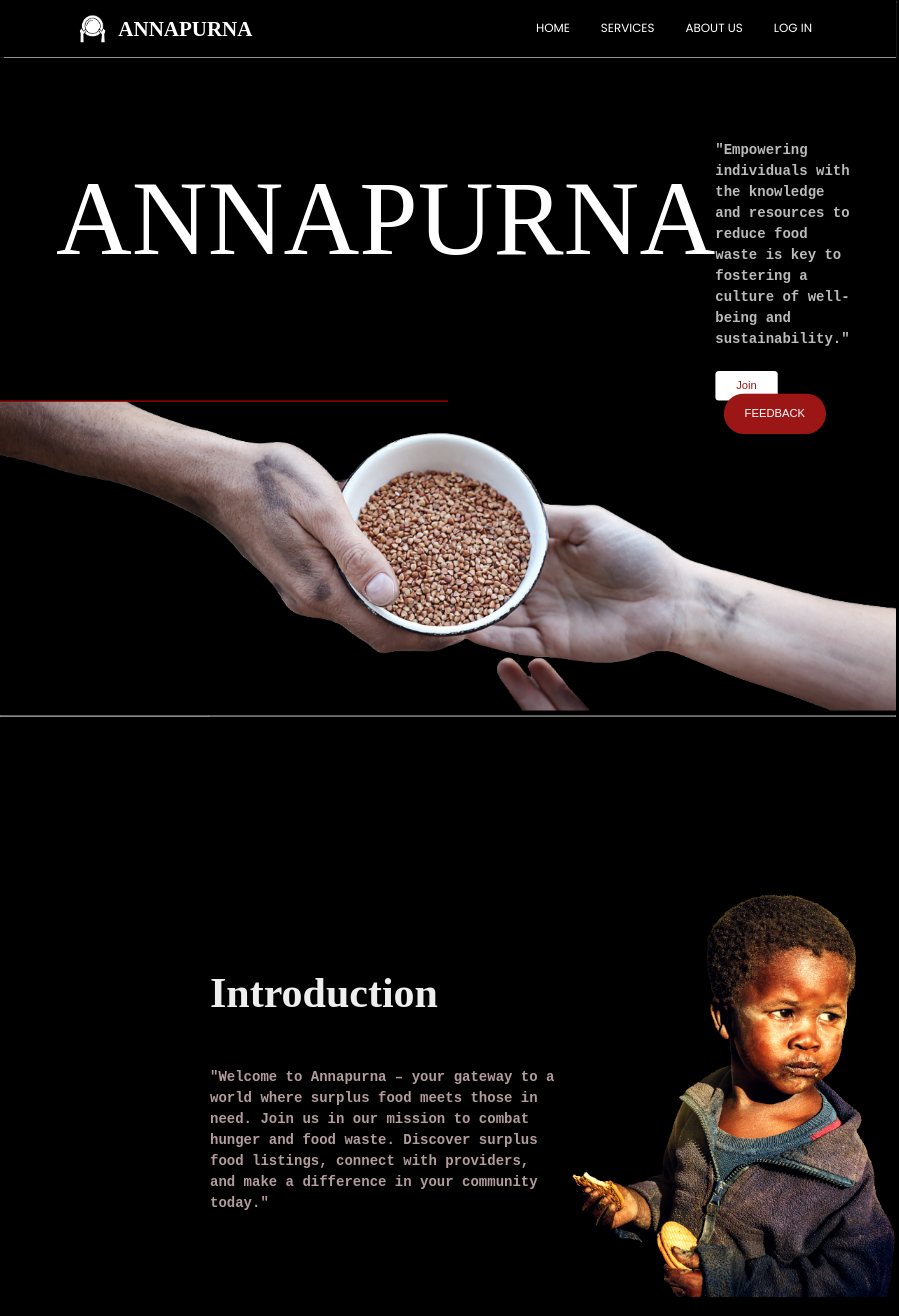
Repository: letscodeshivansh/Annapurna-fullstack-
Page: http://localhost/
An editor plug-in stored every save of this project. The page is shown before and after the next save, followed by the edit.
The browser window is 1280 px wide. The page is 1284 px wide, so the pictures cover 1284 px, including what lies to the right of the window. The pictures show the part of the page from y = 0 to 1880 px (the page is 4659 px tall), at 70% of full size.
Some web fonts or font styles are not loaded; a fallback is used. Some web libraries are served in a nearby version. The page is served by the project's Node server (src/server.js).

Above is the page before, as saved 2024-06-13 18:33:41.

### templates/landing.ejs
<!--<?php
    session_start();


        include("connection.php");
        include("functions.php");

        $user_data = check_login($con);

    ?>-->

    <!DOCTYPE html>
    <html lang="en">
    <head>
        <meta charset="UTF-8">
        <meta name="viewport" content="width=device-width, initial-scale=1.0">
        <title>Annapurna</title>
        <style>
           @font-face {
                font-family: "heading-font";
                src: url('annapurna/Noto_Serif/NotoSerif-VariableFont_wdth,wght.ttf');
            }
        </style>
        <link rel = "stylesheet" href="style.css">
        <script src="https://kit.fontawesome.com/a076d05399.js" crossorigin="anonymous"></script>
        <link rel="stylesheet" href="https://use.fontawesome.com/releases/v5.6.3/css/all.css" integrity="sha384-UHRtZLI+pbxtHCWp1t77Bi1L4ZtiqrqD80Kn4Z8NTSRyMA2Fd33n5dQ8lWUE00s/" crossorigin="anonymous">

    </head>
    <body>

    <!--main landing page-->
        <div class="container4">
            <nav>
                <input type="checkbox" id="check">
                <label for = "check" class="checkbtn">
                    <i class="fas fa-bars" style="cursor: pointer;"></i>
                </label>

                <img src="mainlogo-photoaidcom-invert-removebg-preview.png" alt="" style="height: 64px; width:64px; margin-top: 9px; margin-left: 100px">
                <label class="logo" style="padding-left: 5px; font-family: heading-font; position: fixed;padding-top:19px">ANNAPURNA</label>


                <ul>

                    <li><a href="#">HOME</a></li>
                    <li><a href="#">SERVICES</a></li>
                    <li><a href="aboutus">ABOUT US</a></li>
                    <li><a href="login">LOG IN</a></li>

                </ul>
            </nav>


            <div style="display: flex; justify-content: space-between;">
                <div>

                    <h1 class = "logos" style = "font-family: heading-font;">ANNAPURNA</h1>
                </div>

                <div class="moto" style="padding-top: 200px; padding-bottom: 0px; padding-right: 70px; width: 25%; font-size:20px; color: rgb(187, 187, 187);">
                    <h4 style = "font-family: monospace; ">
                        "Empowering individuals with the knowledge and resources to reduce food waste is key to fostering a culture of well-being and sustainability."
                    </h4>
                    <div><a href="#">
                        <a href="login">
                        <button class = "btn btn-info btn-lg" style="cursor: pointer;">
                            Join
                        </button></a>
                        </a>
                    </div>

                </div>
            </div><hr class="hr1" color="red" />
            <div class = "hands">

                <img src="2.png" style="width: 100%;">
                <hr class="hr2"/>
            </div>

        </<div>


    <!--introduction-->
        <div class="container3" >
            <div class="slide1">

                <div class="intro">
                    <h2 style = "font-family: heading-font;">Introduction</h2>
                    <br>

                    <h4 style = "font-family: monospace; font-size:20px;">"Welcome to Annapurna – your gateway to a world where surplus food meets those in need. Join us in our mission to combat hunger and food waste. Discover surplus food listings, connect with providers, and make a difference in your community today."</h4>
                </div>


                <div class="intropic">

                    <img src = "9-png.png" >
                </div>
            </div>


        </div>
        <hr/>
    <!--About-->
        <div class="container5">
            <div class="slide3" style="background: linear-gradient(454deg, #9574ff, #ff5353);">
                <div class="about">
                    <h2 style = "font-family: heading-font;">
                        ABOUT
                    </h2>
                    <br>
                    <br>
                    <h3 style = "font-family: monospace; font-size:20px;">
                        Annapurna Premium is an innovative platform that revolutionizes the way surplus food is managed, connecting food providers with consumers and donors to combat hunger and food waste. Building upon the success of our standard Annapurna website, Annapurna Premium offers enhanced features and services tailored to meet the diverse needs of our users.
                    </h3>
                    <br>
                    <h3 style = "font-family: monospace; font-size:20px;">
                        Our mission is simple yet profound: to create a world where no one goes hungry and where surplus food is utilized to its fullest potential. With Annapurna Premium, food providers have the opportunity to sell or donate surplus food on a daily or regular basis, empowering them to generate income while making a positive impact on their communities.
                    </h3>
                </div>
            </div>
        </div>

    <!--Our team-->

        <div class="container6">
            <div class="slide4">
                <div class="team">
                    <h2 style = "font-family: heading-font;">
                        OUR TEAM
                    </h2>
                    <br>
                </div>
                <div class="pics">
                    <div class="parth">
                        <img src="parth.jpeg" alt="">
                        <h1 style = "font-family: monospace; font-size:20px;">Parth Sauguny</h1>
                        <p style="font-size: 20px">Project <br>Documentation <br>& Reporting</p>

                    </div>

                    <div class="shivansh">
                        <img src="shivansh.jpg" alt="">
                        <h1 style = "font-family: monospace; font-size:20px;">Shivansh Srivastava</h1>
                        <p style="font-size: 20px">Team <br>Management <br>& Leadership</<p>
                    </div>
                    <div class="sourav">
                        <img src="sotrav1.jpeg" alt="">
                        <h1 style = "font-family: monospace; font-size:20px;">Sourav Kispotta</h1>
                        <p style="font-size: 20px">Technical <br>Oversight &<br> Decision-Making</p>
                    </div>
                </div>
            </div>
        </div>


    <!--footer-->
        <hr>
        <div class="container">
            <footer class="footer">
                <div class="container2">
                    <div class="row">
                        <div class="footer-col">
                            <h4>company</h4>
                            <ul>
                                <li><a href="#">about us</a></li>
                                <li><a href="#">our services</a></li>
                                <li><a href="#">privacy policy</a></li>
                                <li><a href="#">affiliate program</a></li>
                            </ul>
                        </div>
                        <div class="footer-col">
                            <h4>get help</h4>
                            <ul>
                                <li><a href="#">FAQ</a></li>
                                <li><a href="#">shipping</a></li>
                                <li><a href="#">returns</a></li>
                                <li><a href="#">order status</a></li>
                                <li><a href="#">payment options</a></li>
                            </ul>
                        </div>

                        <div class="footer-col">
                            <h4>follow us</h4>
                            <div class="social-links">
                                <a href="#"><i class="fab fa-facebook-f"></i></a>
                                <a href="#"><i class="fab fa-twitter"></i></a>
                                <a href="https://www.instagram.com/annapurna0.official?utm_source=ig_web_button_share_sheet&igsh=ZDNlZDc0MzIxNw=="><i class="fab fa-instagram"></i></a>
                                <a href="#"><i class="fab fa-linkedin-in"></i></a>
                            </div>
                        </div>
                    </div>
                    <div class="tnc" style="color: white;">
                        Terms & Conditions
                    </div>
                </div>

            </footer>
        </div>

    <!--Sticky feedback button-->
        <div class="container7">
            <div class="stickybutton">
                <a href="feedback.html">
                <button class = "btn btn-info btn-lg" style="cursor: pointer; bottom: 50px;">
                    FEEDBACK

                </button>
                </a>
            </div>
        </div>
    </body>
    </html>

### src/mongodb.js
const mongoose = require("mongoose");

// Retrieve MongoDB connection URI from environment variable
const mongoURI = process.env.MONGODB_URI || "mongodb://127.0.0.1:27017/Annapurna";

mongoose.connect(mongoURI, { useNewUrlParser: true, useUnifiedTopology: true })
  .then(() => {
    console.log("MongoDB connected");
  })
  .catch((error) => {
    console.error("MongoDB connection error:", error);
  });

const userSchema = new mongoose.Schema({
  username: {
    type: String,
    required: true,
    unique: true // Ensure username is unique
  },
  password: {
    type: String,
    required: true
  }
});

const foodSchema = new mongoose.Schema({
    title: {
      type: String,
      required: true
    },
    description: {
      type: String,
      required: true
    },
    deadline: {
      type: Date,
      required: true
    },
    price: {
      type: Number,
      required: true // Ensure price is required
    },
    images: [{
      type: String, // Assuming that we will store image URLs as strings
    }],
    feeder: {
      type: String,
      required: true
    }
});

// Create and export the User model
const User = mongoose.model('User', userSchema);
const Food = mongoose.model('Food', foodSchema);

module.exports = { User, Food };

### public/style.css
@import url('https://fonts.googleapis.com/css2?family=Poppins:wght@200;300;400;500;600;700&display=swap');
*{
    padding: 0;
    margin: 0;
    text-decoration: none;
    list-style: none;
    box-sizing: border-box;
    background: rgb(0, 0, 0);
}

body{
    font-family: "Poppins" ;
}
.moto{
    font-size: 80px;
    padding-top: 150px;
    padding-bottom: 0px;
    padding-right: 80px;
    width: 40%;
    color: rgb(187, 187, 187);

}

.moto button{
    background-color: #ffffff; /* Green */
    border: none;
    color: #9c1616;
    padding: 12px 30px;
    text-align: center;
    text-decoration: none;
    display: inline-block;
    font-size: 16px;
    border-radius: 5px;
    margin-top: 30px;

}

.moto h4:hover{
    color: #9c1616;
	margin-left: 20px;
    transition: all 0.5s ease;

}
.moto button:hover{
    color: white;
    background-color: #9c1616;
    margin-left: 20px;
    transition: all 0.5s ease;
}


.logos{
    position: relative;
    font-size:150px;
    color: white;
    font-weight: 450;
    padding-left: 80px;
    padding-bottom: 0;
    padding-top: 200px;

}

.logos:hover{
    position: relative;
    padding-left: 100px;
    transition: all 0.5s ease-in-out;
    color: #666666;
}


nav{
    height: 82px;
    width: 100%;
    box-shadow: 2px 1px 2px #eee;
    position: fixed;

    transition: 0.6s;
    z-index: 100000;

}



nav ul{
    float: right;
    margin-right: 100px;
}

nav ul li{
    display: inline-block;
    line-height: 80px;
    margin: 0 5px;

}


nav ul li a{

    color:white;
    font-size: 17px;
    border-radius: 30px;
    padding: 10px 15px;
    text-transform: uppercase;
}

a.active,a:hover{
    color: #b92f2f;
    cursor: pointer;
    background: none;
    padding-right: 20px;
    transition: all 0.5s ease;


}

.checkbtn{
    font-size: 30px;
    color: rgb(255, 255, 255);
    float: right;
    line-height:78px;
    margin-right:40px;
    cursor: pointer;
    display: none;
}
label.logo{
    color: white;
    font-size: 30px;
    padding-top: 25px ;
    position: fixed;
    cursor: pointer;
    font-weight:600;





}
#check{
    display: none;

}
.hr1{
    color: red;
    width: 50%;
    margin-inline-end: 0;
}
.hands:hover{
    padding-left: 15px;
    transition:all 0.5s ease;
}


@media (max-width: 952px){
    label.logo{
        font-size: 30px;
        padding-left: 30px;
    }

    .logos{
        display: none;
    }
    nav ul li a{
        font-size: 16px;
    }
}
@media (max-width: 858px){



    .checkbtn{
        display: block;

    }

    nav{
        height: 78px;
        box-shadow: 2px 1px 2px #eee;
    }
    ul{
        position:fixed;
        width: 100%;
        height: 100vh;
        top: 80px;
        left: -100%;
        text-align: center;
        transition: all 0.5s ease;


    }
    nav ul li{
        display:block;
        margin: 50px 0;
        line-height:30px;


    }
    nav ul li a{
        font-size:20px;

    }
    a:hover,a.active{
        background:none;
        color: #9c1616;
    }

    #check:checked ~ ul{
        left: 0;
    }
}

.intro{

    font-size: 40px;
    padding-top: 350px;
    margin-left: 300px;
    color: rgb(179, 156, 156);
    width: 50%;


}

.intro h2{
    color: #eee;
    font-size: 60px;


}
.intro h4{
    font-size: 25px;
}
.intropic{
    padding-top: 250px;
    padding-bottom: 320px;

}

.container5{
    padding-bottom: 350px;
}
.about h2{
    font-size: 50px;
    color: white;
    padding-left: 300px;

    margin-top: 150px;

}

.about h3{
    color: rgb(179,156,156);
    font-size: 25px;
    padding-left: 300px;
    padding-right: 300px;

}


/*
footer css
*/
@import url('https://fonts.googleapis.com/css2?family=Poppins:wght@300;400;500;600;700&display=swap');
body{
	line-height: 1.5;
	font-family: 'Poppins', sans-serif;

}
*{

	margin:0;
	padding:0;
    background: #000000;
	box-sizing: border-box;

}
.container{
    background: #000000;

}
.container2{
	max-width: 100%;
    padding-left: 80px;
    margin-top: 50px;
    margin-bottom: 80px;


}
.slide1{
    display: flex;
}

.row{
	display: flex;
	flex-wrap: wrap;


}
ul{
	list-style: none;

}
.footer{
	background-color: #000000;


}
.footer-col{
   width: 25%;
   padding: 0px 15px;

}
.footer-col h4{
	font-size: 18px;
	color: #ffffff;
	text-transform: capitalize;
	margin-bottom: 35px;
	font-weight: 500;
	position: relative;

}
.footer-col h4::before{
	content: '';
	position: absolute;
	left:0;
	bottom: -10px;
	background-color: #e91e63;
	height: 2px;
	box-sizing: border-box;
	width: 50px;
}
.footer-col ul li:not(:last-child){
	margin-bottom: 10px;
}
.footer-col ul li a{
	font-size: 16px;
	text-transform: capitalize;
	color: #ffffff;
	text-decoration: none;
	font-weight: 300;
	color: #bbbbbb;
	display: block;
    border-radius: 20px;
	transition: all 0.3s ease;
    padding-bottom: 10px;
}
.footer-col ul li a:hover{
	color: #9c1616;
	padding-left: 8px;
    background: none;

}
.footer-col .social-links a{
	display: inline-block;
	height: 40px;
	width: 40px;
	background-color: rgba(179, 174, 174, 0.2);
	margin:0 10px 10px 0;
	text-align: center;
	line-height: 40px;
	border-radius: 50%;
	color: #ffffff;
	transition: all 0.5s ease;

}
.footer-col .social-links a:hover{
	color: #ffffff;
	background-color: #645f5f;

}

/*responsive*/
@media(max-width: 767px){

    .footer-col{
        width: 50%;
        margin-bottom: 30px;
    }

    .footer{
        position: fixed;
        bottom: 0;

    }



}
@media(max-width: 574px){
    .footer-col{
        width: 100%;
}


}
.stickybutton{
    position: fixed;
    bottom:100px;
    right: 100px;
    background: none;

}
.stickybutton button{
    background-color: #9c1616; /* Green */
    border: none;
    color: #ffffff;
    padding: 20px 30px;
    text-align: center;
    text-decoration: none;
    display: inline-block;
    font-size: 16px;
    border-radius: 30px;
    text-decoration: none;


}

.stickybutton button:hover{
    box-shadow: #e91e63 2px 2px 3px;
    transition: all 0.5s ease;
}
.team{
    color: white;
    text-align: center;
    font-size: 40px;
    padding-top: 0px;
}
.parth img{
    height: 300px;
    width: 300px;
    border-radius: 10px;
}


.shivansh img{
    height: 300px;
    width: 300px;
    border-radius: 10px;
}

.sourav img{
    height: 300px;
    width: 300px;
    border-radius: 10px;

}

.pics {
    display: flex;
    justify-content: space-evenly;
    color: white;
    text-align: center;
    padding-top:100px;

}

.parth h1, .shivansh h1, .sourav h1{
    padding-top: 30px ;
}

.parth img:hover, .shivansh img:hover, .sourav img:hover{
    width: 350px;
    height: 350px;
    transition: all 0.5s ease-in-out;
    box-shadow: #7c7c7c 7px 7px 7px;


}
.jasmin p, .shivansh p, .sourav p{
    padding-top: 25px;
    padding-bottom: 250px;

}

.black-bg h2 {
    text-align: left;
    font-size: 69px;
    margin: 45px 20px;
}

/* Base card styling */
.card {
    display: grid;
    grid-template-columns: repeat(10, 1fr);
    justify-content: space-between;
    align-items: center;
    width: 100%;
    border: 1px solid #ddd;
    padding: 20px;
    box-sizing: border-box;
    transition: box-shadow 0.3s ease;
    margin-bottom: 60px;
    background: linear-gradient(-20deg, #ffffff, #d9d6d396);
    border-radius: 30px;
    box-shadow: 0 0 6px 6px rgba(255, 255, 255, 0.7);
}

.card:hover {
    box-shadow:
        10px 10px 10px rgba(174, 170, 170, 0.2),
        -10px 10px 10px rgba(200, 200, 200, 0.2),
        10px -10px 10px rgba(255, 255, 255, 0.2),
        -10px -10px 10px rgba(215, 215, 215, 0.2);
}

/* Card elements styling */
.card .image {
    grid-column: 1 / 2;
    width: 100px;
    height: 100px;
    border-radius: 50%;
    background: #ffffff;
    background-size: cover;
    background-position: center;
    margin-left: 20%;
    text-align: center;
    padding: 10px;
}

.card .title {
    grid-column: 2 / 4;
    text-align: center;
    padding: 10px;
    font-weight: bold;
    font-size: 25px;
}

.card .description {
    grid-column: 4 / 8;
    text-align: center;
    padding: 10px;
}

.card .deadline {
    grid-column: 8 / 9;
    text-align: center;
    padding: 10px;
    font-weight: bold;
}

.card .price {
    grid-column: 9 / 10;
    text-align: center;
    padding-left: 50%;
    padding-bottom: 8%;
    font-weight: 700;
    font-size: 20px;
}

.card .price {
    font-weight: bold;
}

.card .chat-button {
    grid-column: 10 / 11;
    text-align: center;
    padding-left: 40%;
}

.chat-button {
    display: flex;
    align-items: right;
    color: white;
    cursor: pointer;
    text-align: right;
    text-decoration: none;
}

.chat-button a {
    display: flex;
    align-items: center;
    text-decoration: none;
}

.chat-icon {
    width: 60px;
    height: 60px;
    border-radius: 50%;
}

.edit-button {
    grid-column: 10 / 11;
    border-radius: 5px;
}

.edit-button:hover {
    background-color: rgba(240, 248, 255, 0.718);
    font-weight: 600;
}

/* Responsive styling */
@media (max-width: 1024px) {
    .card {
        grid-template-columns: repeat(8, 1fr);
    }
    .card .title {
        grid-column: 2 / 5;
    }
    .card .description {
        grid-column: 5 / 8;
    }
    .card .deadline {
        grid-column: 8 / 9;
    }
    .card .price {
        grid-column: 9 / 10;
        padding-left: 0;
    }
    .card .chat-button {
        grid-column: 10 / 11;
        padding-left: 0;
    }
}

@media (max-width: 768px) {
    .card {
        grid-template-columns: repeat(4, 1fr);
        text-align: center;
    }
    .card .image {
        grid-column: 1 / -1;
        margin-left: 0;
        width: 70px;
        height: 70px;
    }
    .card .title {
        grid-column: 1 / -1;
        font-size: 20px;
    }
    .card .description {
        grid-column: 1 / -1;
    }
    .card .deadline {
        grid-column: 1 / 3;
    }
    .card .price {
        grid-column: 3 / 4;
        padding-left: 0;
        padding-bottom: 0;
    }
    .card .chat-button {
        grid-column: 4 / 5;
        padding-left: 0;
    }
}

@media (max-width: 480px) {
    .card {
        grid-template-columns: 1fr;
    }
    .card .image,
    .card .title,
    .card .description,
    .card .deadline,
    .card .price,


    .card .chat-button {
        grid-column: 1 / -1;
        padding-left: 2px;
        padding-bottom: 10px;
    }
}

Loaded but not shown: src/server.js (159 lines, source omitted)

After the next save:
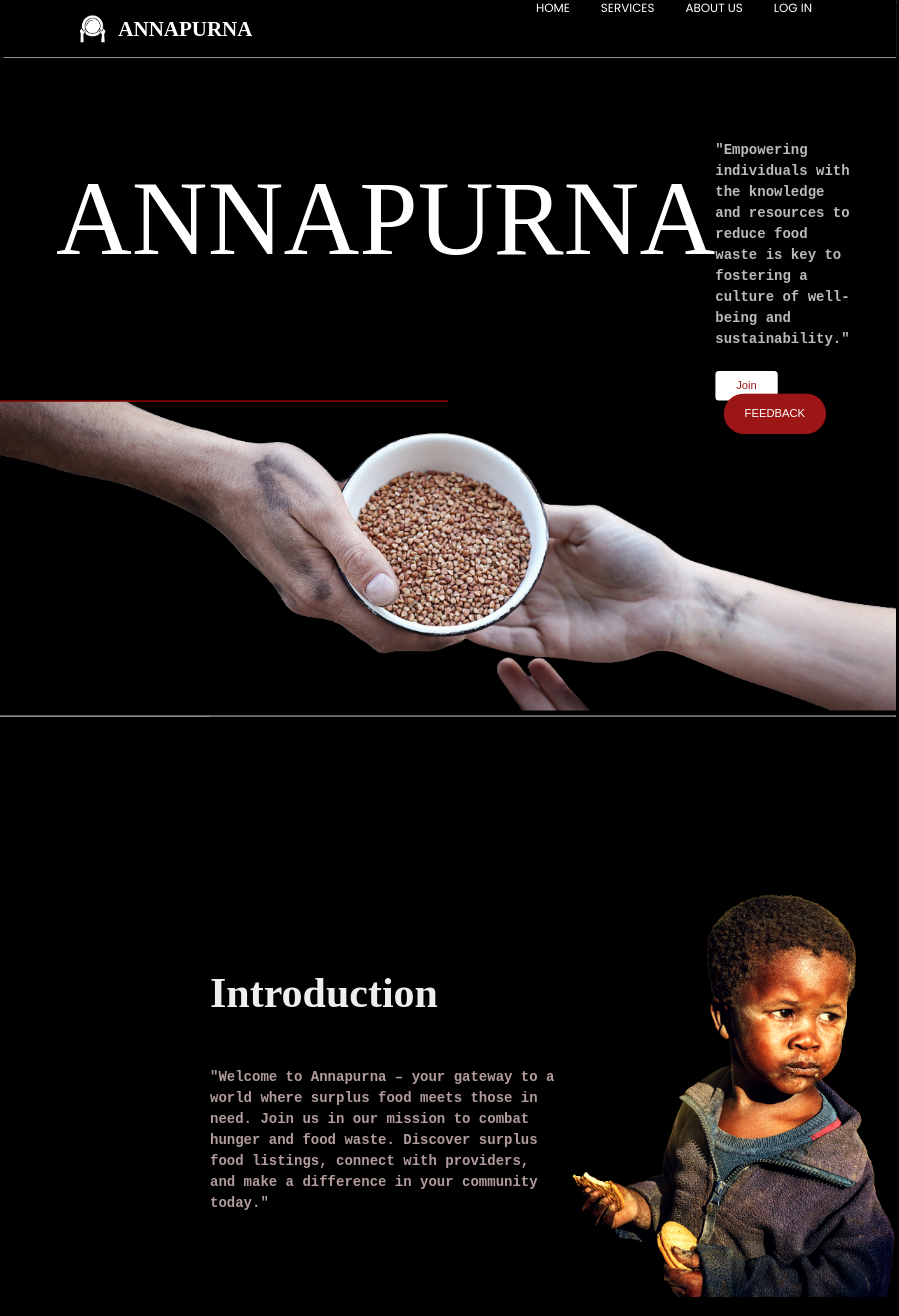
Saved 7 s later.
--- a/public/style.css
+++ b/public/style.css
@@ -88,7 +88,7 @@ nav ul{
 
 nav ul li{
     display: inline-block;
-    line-height: 80px;
+    line-height: 20px;
     margin: 0 5px;
 
 }
